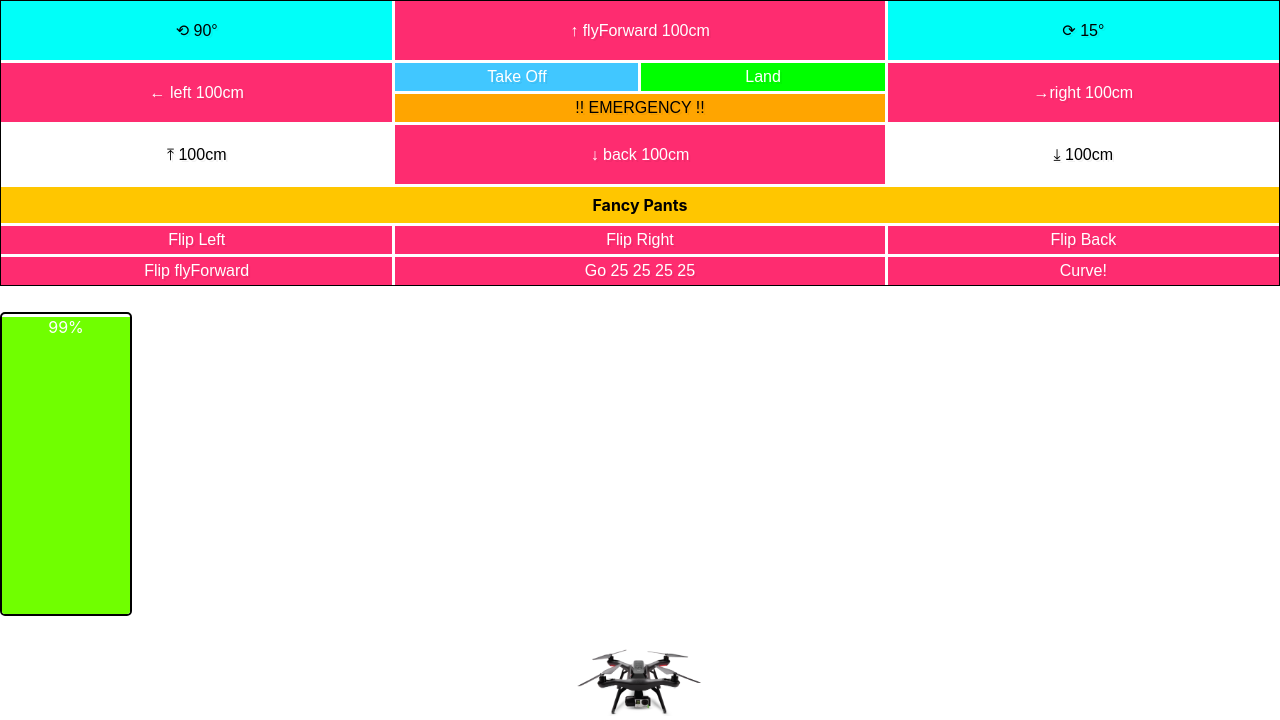
Repository: JivkoJelev91/Drone-Simulator
Page: /
An editor plug-in stored every save of this project. The page is shown before and after the next save, followed by the edit.
The browser window is 1280 px wide. The pictures show the whole page.
The project was rebuilt for these pictures with package versions that can differ from the ones it lists, and the page was loaded fresh each time.

Above is the page before, as saved 2018-12-21 15:05:44.

### src/index.css
body {
  margin: 0;
  padding: 0;
  font-family: -apple-system, BlinkMacSystemFont, "Segoe UI", "Roboto", "Oxygen",
    "Ubuntu", "Cantarell", "Fira Sans", "Droid Sans", "Helvetica Neue",
    sans-serif;
  -webkit-font-smoothing: antialiased;
  -moz-osx-font-smoothing: grayscale;
}

code {
  font-family: source-code-pro, Menlo, Monaco, Consolas, "Courier New",
    monospace;
}

.view{
  display:flex;
  padding-top:2%;

}

.parentDrone{
  width:100%;
  padding-top: 10%;
  display:flex;
  justify-content: center;
  position: absolute;
  bottom:15%;
  /* transform: rotate(0deg);  */
}

.drone img {
  width: 100%;

}

.drone{
  width:10%;

}

.batteryStyles{
  width: 10%;
  height:300px;
  border: 2px solid black;
  border-radius: 5px;
  overflow: hidden;
  display: flex;
  flex-direction: column-reverse;
}

.batteryLevel {
  transition: all 0.5s;
  height: 100%;
  text-align: center;
  color: white;
  display: block;
  background: var(--color);
  background: #70ff00;
}

.CommandGrid{
  display: grid;
  grid-template-columns: 1fr 1.25fr 1fr;
  grid-template-rows: repeat(3, 1fr);
  border: 1px solid black;
  grid-gap: 3px;
}

.CommandGrid .center{
  display: grid;
  grid-gap: 3px;
  grid-template-columns: 1fr 1fr;
}

.CommandGrid h2{
  grid-column: 1 / -1;
  background: #ffc600;
  margin: 0;
  font-size: 1rem;
  text-align: center;
  padding: 0.5rem;
  color: black;
}

.CommandGrid .center button:last-child{
  grid-column: span 2;
}

.CommandGrid   button {
  text-shadow: 2px 2px 0 rgba(0, 0, 0, 0.05);
  border: 0;
  background: #fe2c70;
  border: 4px solid transparent;
  color: white;
  font-size: 1rem;
  position: relative;
}
.CommandGrid button:active{
  top: 2px;
}
.CommandGrid button:focus{
  outline: 0;
  border-color: #ffc600;
}
.CommandGrid button.takeoff{
  background: #41c7ff;
}
.CommandGrid button.land{
  background: #00ff00;
}
.CommandGrid button.emergency{
  background: orange;
  text-transform: uppercase;
  color: black;
}
.CommandGrid button.rotate{
  background: #00fff9;
  color: black;
}
.CommandGrid button.height{
  background: #fff;
  color: black;
}
.CommandGrid button.span.symbol {
  display: block;
  font-size: 2rem;
  font-weight: 400;
}

.CommandGrid button.innactiveBtns{
  pointer-events: none;
  background-color: grey;
  border-color: grey;
}

### src/App.js
import React, { Component } from 'react';
import Buttons from './Buttons/Buttons';
import './App.css';

class App extends Component {
  render() {
    return (
        <div className="App">
            <Buttons />
        </div>
    );
  }
}

export default App;

### src/Buttons/Buttons.js
import React, { Component } from 'react';
import Battery from './Battery';
import Drone from './Drone'

class Buttons extends Component{
  constructor(props){
    super(props)
    this.amount = 100;
    this.counter = 0;
    this.state = {
      forward: 0,
      left:0,
      right:0,
      isActive: true,
    }
  }

  rotate(){
    return console.log('rotate!!');
  }

  flyForward = () => {
    this.setState({
      forward: 50,
      isActive: false
    })
    setTimeout( async () => {
      await this.setState({forward: 0})
      await this.setState({isActive: true})
    }, 2000);
  }

  back(){
      return console.log('back');
  }

  left(){
      return console.log('left');
  }

  right(){
      return console.log('right');
  }

  takeOff(){
      return console.log('takeOff');
  }

  flipLeft(){
      return console.log('flipLeft');
  }

  flipRight(){
      return console.log('flipRight');
  }

  flipflyForward(){
      return console.log('flipflyForward');
  }

  flipBack(){
      return console.log('flipBack');
  }

  hight(){
      return console.log('hight');
  }

  low(){
      return console.log('low');
  }

  land(){
      return console.log('land');
  }

  emergency(){
      return console.log('emergency');
  }

  render(){
    return (
      <div id="wrapper">
        <div className="CommandGrid">

        <button className="rotate" onClick={this.rotate}>
          <span className="symbol">⟲</span> 90°
        </button>
        <button onClick={this.flyForward} className={!this.state.isActive ? 'innactiveBtns' : null}>
          <span className="symbol">↑</span> flyForward {this.amount}cm
        </button>

        <button className="rotate" onClick={this.rotate}>
          <span className="symbol">⟳</span> 15°
        </button>
        <button onClick={this.left}>
          <span className="symbol">←</span> left {this.amount}cm
        </button>
        <div className="center">
          <button className="takeoff" onClick={this.takeOff}>
            Take Off
          </button>
          <button className="land" onClick={this.land}>
            Land
          </button>
          <button className="emergency" onClick={this.emergency}>
            !! emergency !!
          </button>
        </div>
        <button onClick={this.right}>
          <span className="symbol">→</span>
          right {this.amount}cm
        </button>
        <button className="height" onClick={this.hight}>
          <span className="symbol">⤒</span> {this.amount}cm
        </button>
        <button onClick={this.back}>
          <span className="symbol">↓</span> back {this.amount}cm
        </button>
        <button className="height" onClick={this.low}>
          <span className="symbol">⤓</span> {this.amount}cm
        </button>
        <h2>Fancy Pants</h2>
        <button onClick={this.flipLeft}>Flip Left</button>
        <button onClick={this.flipRight}>Flip Right</button>
        <button onClick={this.flipBack}>Flip Back</button>
        <button onClick={this.flipflyForward}>Flip flyForward</button>
        <button onClick={console.log('TODO')}>Go 25 25 25 25</button>
        <button onClick={console.log('TODO')}>
          Curve!
        </button>
    </div>
        <div className="view">
              <Battery />
              <Drone state={this.state}/>
          </div>
    </div>
    )
  }
}

export default Buttons;

### src/Buttons/Battery.js
import React, {Component}  from 'react';


class Battery extends Component {
  constructor(){
    super();
    this.state = {
      batteryLevel: 0
    }
    this.countdown = null;
    this.counter = 0;
  }

  lowBattery = () => {
      this.setState({
        batteryLevel: parseInt((10000 - ++this.counter) / 100)
      });
  }

  componentDidMount() {
    this.countdown = setInterval(this.lowBattery, 1000);
  }

  componentWillUnmount() {
    if(this.batteryLevel === 0) clearInterval(this.countdown);
  }

  componentWillMount(){
    this.lowBattery();
  }

  render() {
    return (
      <div className="batteryStyles">
          <span className="batteryLevel" style={{ height:`${ this.state.batteryLevel }%`}}>{this.state.batteryLevel}%</span>
      </div>
    );
  }
}

export default Battery;

### src/Buttons/Drone.js
import React from 'react';
import dronePic from '../images/drone.png'

function Drone(props) {
  const styles ={
    bottom: `${props.state.forward}%`,
    transition: `bottom 1.2s ease-in`,
  }
  return (
    <div className="parentDrone" style={styles}>
      <div className="drone" >
        <img src={dronePic} alt="drone" />
      </div>
    </div>
  );
}

export default Drone;

Loaded but not shown: public/index.html (common file); src/index.js (common file); src/serviceWorker.js (common file); src/App.css (common file)

After the next save:
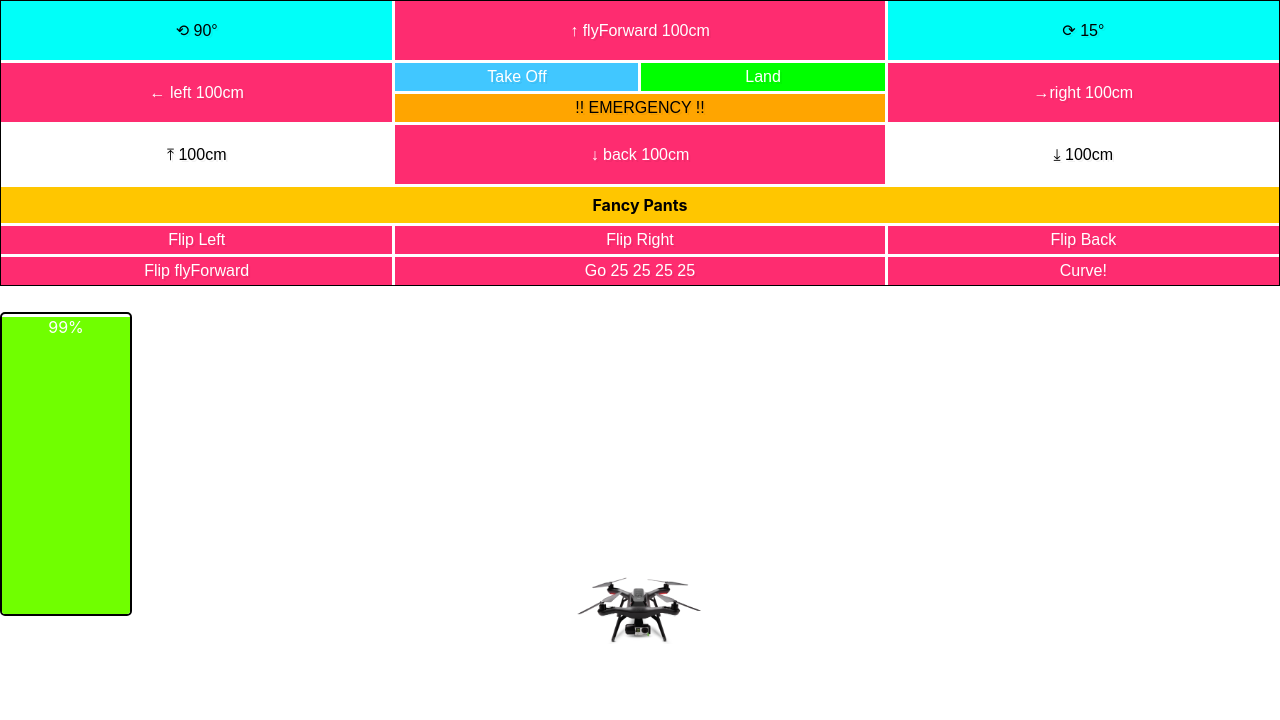
Saved 24 s later.
--- a/src/Buttons/Buttons.js
+++ b/src/Buttons/Buttons.js
@@ -8,7 +8,7 @@
     this.amount = 100;
     this.counter = 0;
     this.state = {
-      forward: 0,
+      forward: 10,
       left:0,
       right:0,
       isActive: true,
